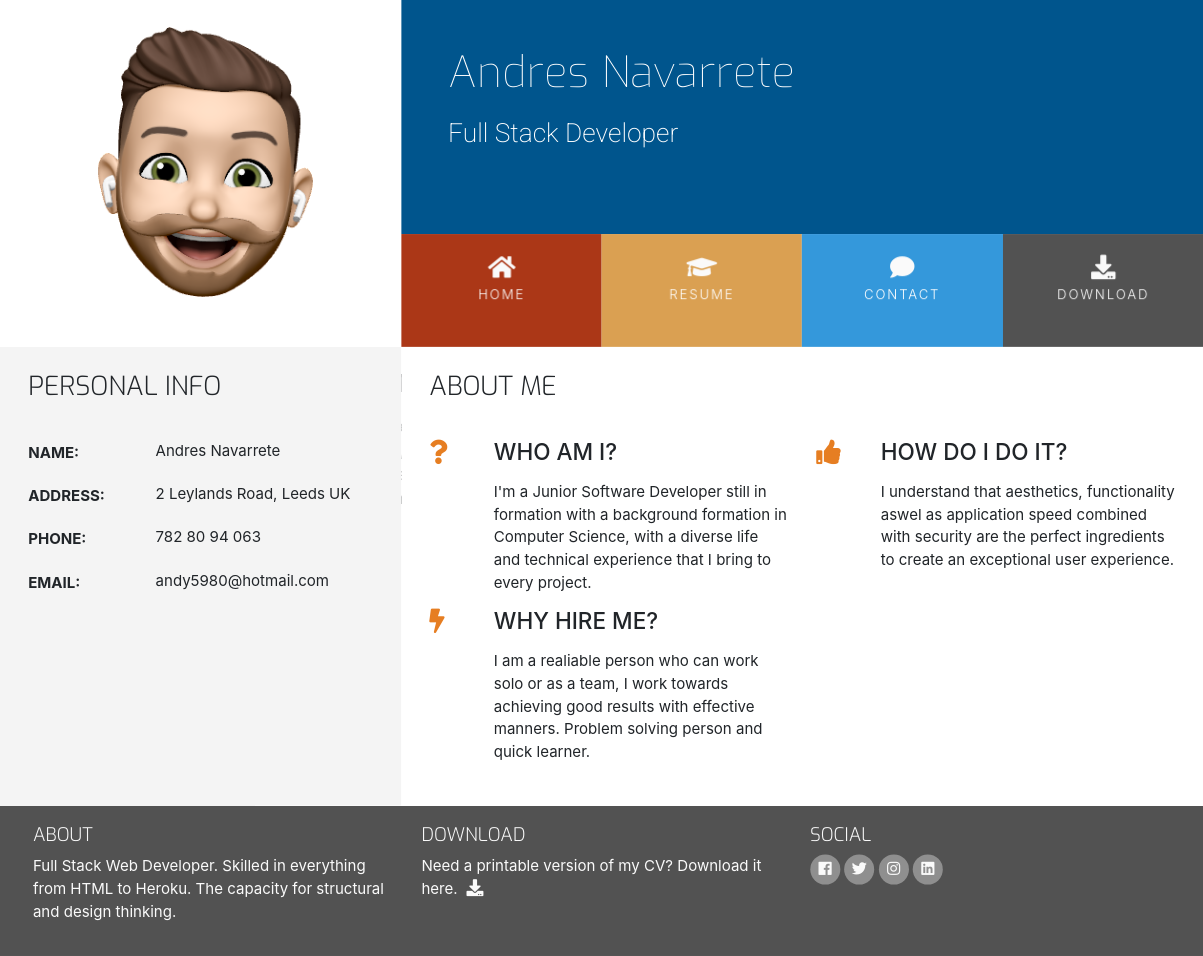
Repository: andna5980/cloud9-workspace
Page: index.html
An editor plug-in stored every save of this project. The page is shown before and after the next save, followed by the edit.
The browser window is 1280 px wide. The pictures show the whole page, at 94% of full size.
Some web libraries are served in a nearby version.

Above is the page before, as saved 2022-04-24 09:52:45.

After the next save:
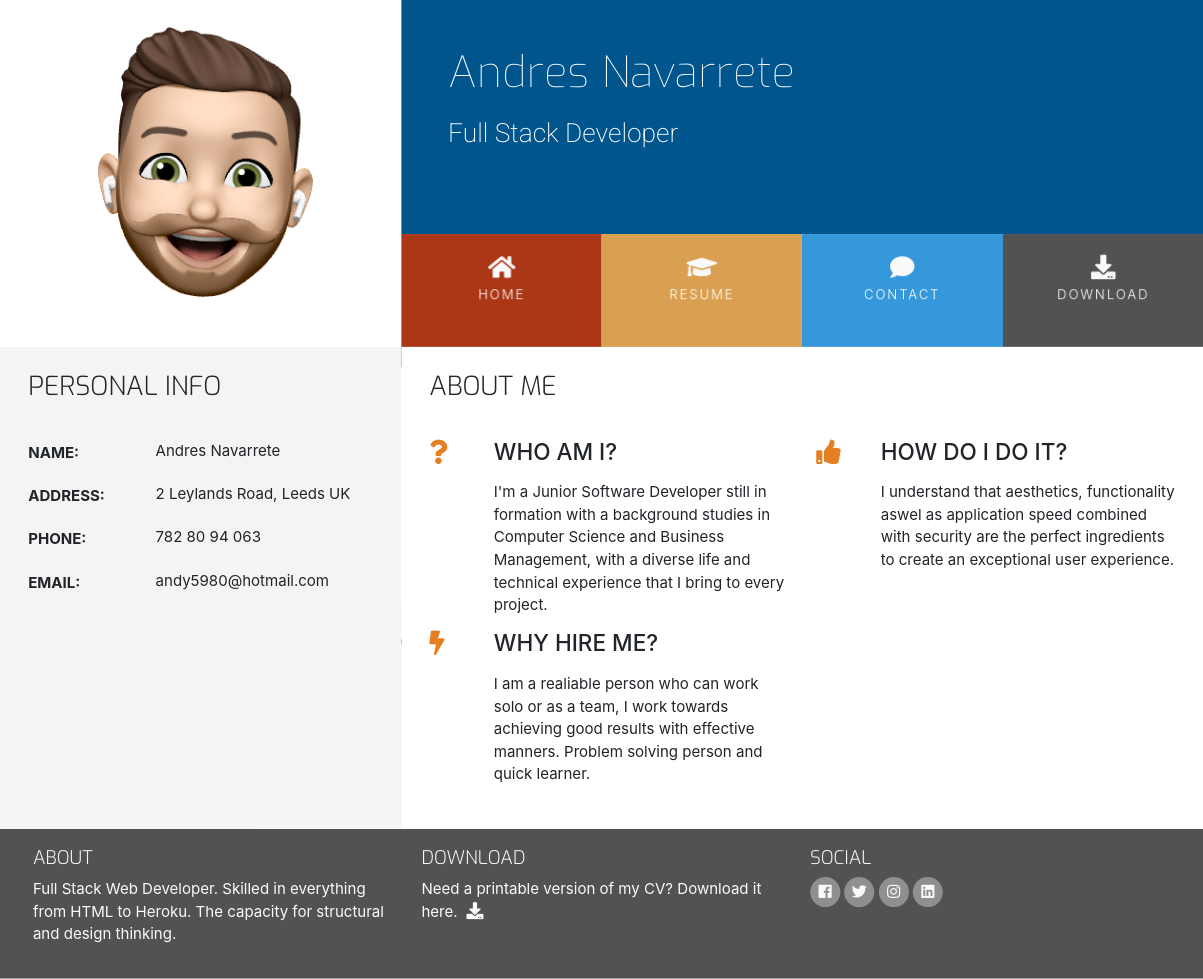
Saved 103 s later.
--- a/index.html
+++ b/index.html
@@ -130,7 +130,7 @@
                                 <h4 class="three-reasons-heading uppercase">Who am I?</h4>
                                 <p>
                                     I'm a Junior Software Developer still in formation
-                                    with a background formation in Computer Science, with a diverse
+                                    with a background studies in Computer Science and Business Management, with a diverse
                                     life and technical experience that I bring to every project.
                                 </p>
                             </div>
